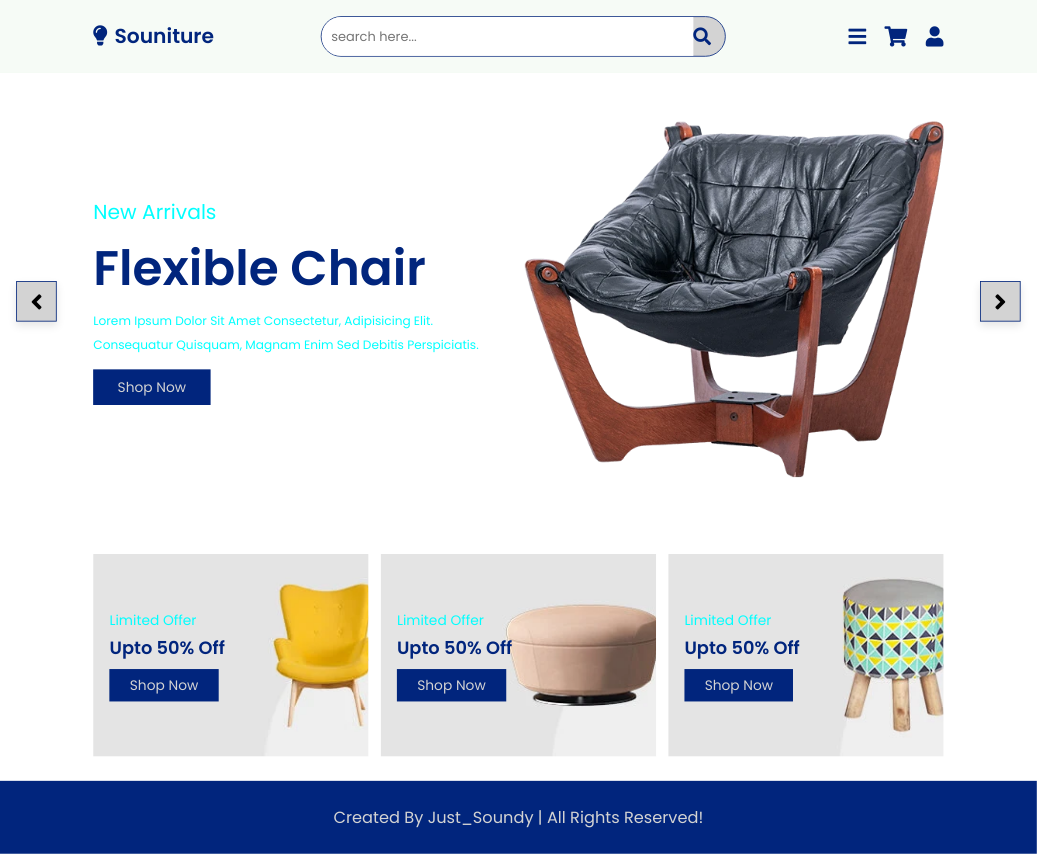
Repository: spencersoundy/furniture-store
Page: home.html
The author's editor kept a copy of each file at every save. The page is drawn from the files as they stood at one save, then again after a run of saves.
The browser window is 1280 px wide. The pictures show the whole page, at 81% of full size.

Above is the page before, as saved 2023-04-18 18:12:18.

### home.html
<!DOCTYPE html>
<html lang="en">
<head>
    <meta charset="UTF-8">
    <meta http-equiv="X-UA-Compatible" content="IE=edge">
    <meta name="viewport" content="width=device-width, initial-scale=1.0">
    <title>home</title>

    <!-- font awesome cdn link  -->
    <link rel="stylesheet" href="https://cdnjs.cloudflare.com/ajax/libs/font-awesome/5.15.4/css/all.min.css">

    <!-- custom css file link  -->
    <link rel="stylesheet" href="css/style.css">

</head>
<body>

<!-- header section starts  -->

<header class="header">

    <a href="home.html" class="logo"> <i class="fas fa-lightbulb"></i> Souniture </a>

    <form action="" class="search-form">
        <input type="search" placeholder="search here..." id="search-box">
        <label for="search-box" class="fas fa-search"></label>
    </form>

    <div class="icons">
        <div id="menu-btn" class="fas fa-bars"></div>
        <div id="search-btn" class="fas fa-search"></div>
        <div id="cart-btn" class="fas fa-shopping-cart"></div>
        <div id="login-btn" class="fas fa-user"></div>
    </div>

</header>

<!-- header section ends  -->

<!-- closer btn  -->

<div id="closer" class="fas fa-times"></div>

<!-- navbar  -->

<nav class="navbar">
    <a href="home.html">home</a>
    <a href="shop.html">shop</a>
    <a href="about.html">about</a>
    <a href="team.html">team</a>
    <a href="blog.html">blog</a>
    <a href="contact.html">contact</a>
</nav>

<!-- shopping cart  -->

<div class="shopping-cart">

    <div class="box">
        <i class="fas fa-times"></i>
        <img src="image/cart-img-1.jpg" alt="">
        <div class="content">
            <h3>morden furniture</h3>
            <span class="quantity"> 1 </span>
            <span class="multiply"> x </span>
            <span class="price"> R2380.00 </span>
        </div>
    </div>

    <div class="box">
        <i class="fas fa-times"></i>
        <img src="image/cart-img-2.jpg" alt="">
        <div class="content">
            <h3>morden furniture</h3>
            <span class="quantity"> 1 </span>
            <span class="multiply"> x </span>
            <span class="price"> R2380.00 </span>
        </div>
    </div>

    <div class="box">
        <i class="fas fa-times"></i>
        <img src="image/cart-img-3.jpg" alt="">
        <div class="content">
            <h3>morden furniture</h3>
            <span class="quantity"> 1 </span>
            <span class="multiply"> x </span>
            <span class="price"> R2380.00 </span>
        </div>
    </div>

    <div class="box">
        <i class="fas fa-times"></i>
        <img src="image/cart-img-4.jpg" alt="">
        <div class="content">
            <h3>morden furniture</h3>
            <span class="quantity"> 1 </span>
            <span class="multiply"> x </span>
            <span class="price"> R2380.00 </span>
        </div>
    </div>

    <h3 class="total"> total : <span>R9520.00</span> </h3>

    <a href="#" class="btn">checkout cart</a>

</div>

<!-- login form  -->

<div class="login-form">

    <form action="">
        <h3>login form</h3>
        <input type="email" placeholder="enter your email" class="box">
        <input type="password" placeholder="enter your password" class="box">
        <div class="remember">
            <input type="checkbox" name="" id="remember-me">
            <label for="remember-me">remember me</label>
        </div>
        <input type="submit" value="login now" class="btn">
        <p>forget password? <a href="#">click here</a></p>
        <p>don't have an account? <a href="#">create now</a></p>
    </form>

</div>

<!-- home section starts  -->

<section class="home">

    <div class="slides-container">

        <div class="slide active">
            <div class="content">
                <span>new arrivals</span>
                <h3>flexible chair</h3>
                <p>Lorem ipsum dolor sit amet consectetur, adipisicing elit. Consequatur quisquam, magnam enim sed debitis perspiciatis.</p>
                <a href="#" class="btn">shop now</a>
            </div>
            <div class="image">
                <img src="image/home-img-1.png" alt="">
            </div>
        </div>

        <div class="slide">
            <div class="content">
                <span>new arrivals</span>
                <h3>flexible chair</h3>
                <p>Lorem ipsum dolor sit amet consectetur, adipisicing elit. Consequatur quisquam, magnam enim sed debitis perspiciatis.</p>
                <a href="#" class="btn">shop now</a>
            </div>
            <div class="image">
                <img src="image/home-img-2.png" alt="">
            </div>
        </div>

    </div>

    <div id="slide-next" onclick="next()" class="fas fa-angle-right"></div>
    <div id="slide-prev" onclick="prev()" class="fas fa-angle-left"></div>

</section>

<!-- home section ends -->

<!-- banner section starts  -->

<section class="banner-container">

    <div class="banner">
        <img src="image/banner-1.jpg" alt="">
        <div class="content">
            <span>limited offer</span>
            <h3>upto 50% off</h3>
            <a href="#" class="btn">shop now</a>
        </div>
    </div>

    <div class="banner">
        <img src="image/banner-2.jpg" alt="">
        <div class="content">
            <span>limited offer</span>
            <h3>upto 50% off</h3>
            <a href="#" class="btn">shop now</a>
        </div>
    </div>

    <div class="banner">
        <img src="image/banner-3.jpg" alt="">
        <div class="content">
            <span>limited offer</span>
            <h3>upto 50% off</h3>
            <a href="#" class="btn">shop now</a>
        </div>
    </div>

</section>

<!-- banner section ends -->









<section class="credit">
    created by Just_Soundy | all rights reserved!
</section>

<!-- custom js file link  -->
<script src="js/script.js"></script>

</body>
</html>

Loaded but not shown: js/script.js (54 lines, source omitted); css/style.css (1189 lines, source omitted)

After the next 3 saves:
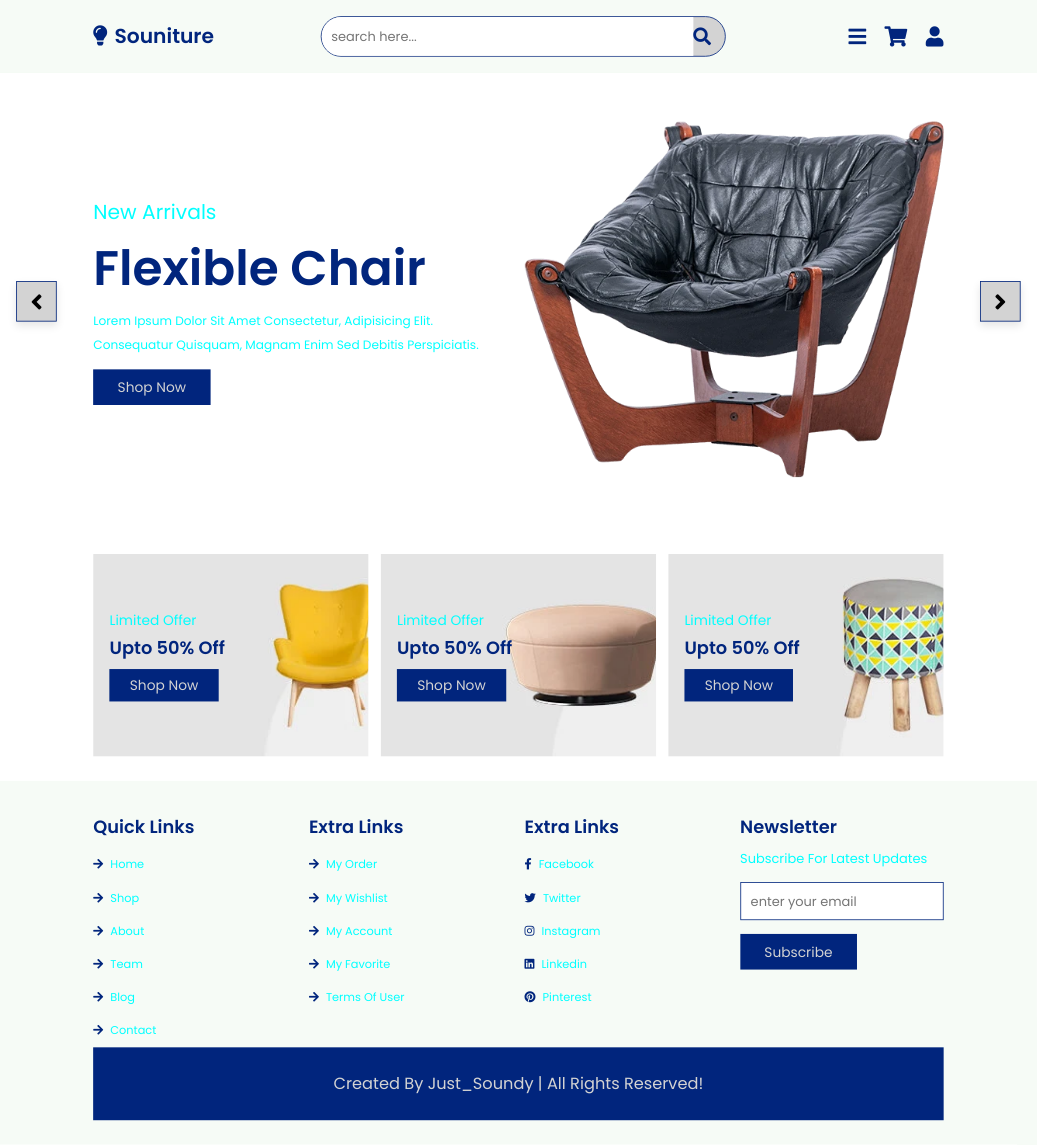
The 3 saves are shown as one change because they came seconds apart.
The last was saved 12 s later.
--- a/home.html
+++ b/home.html
@@ -199,13 +199,50 @@
 
 <!-- banner section ends -->
 
-
-
-
-
-
-
-
+<!-- footer section  -->
+
+<section class="footer">
+
+    <div class="box-container">
+
+        <div class="box">
+            <h3>quick links</h3>
+            <a href="home.html"> <i class="fas fa-arrow-right"></i> home</a>
+            <a href="shop.html"> <i class="fas fa-arrow-right"></i> shop</a>
+            <a href="about.html"> <i class="fas fa-arrow-right"></i> about</a>
+            <a href="team.html"> <i class="fas fa-arrow-right"></i> team</a>
+            <a href="blog.html"> <i class="fas fa-arrow-right"></i> blog</a>
+            <a href="contact.html"> <i class="fas fa-arrow-right"></i> contact</a>
+        </div>
+
+        <div class="box">
+            <h3>extra links</h3>
+            <a href="#"> <i class="fas fa-arrow-right"></i> my order</a>
+            <a href="#"> <i class="fas fa-arrow-right"></i> my wishlist</a>
+            <a href="#"> <i class="fas fa-arrow-right"></i> my account</a>
+            <a href="#"> <i class="fas fa-arrow-right"></i> my favorite</a>
+            <a href="#"> <i class="fas fa-arrow-right"></i> terms of user</a>
+        </div>
+
+        <div class="box">
+            <h3>extra links</h3>
+            <a href="#"> <i class="fab fa-facebook-f"></i> facebook</a>
+            <a href="#"> <i class="fab fa-twitter"></i> twitter</a>
+            <a href="#"> <i class="fab fa-instagram"></i> instagram</a>
+            <a href="#"> <i class="fab fa-linkedin"></i> linkedin</a>
+            <a href="#"> <i class="fab fa-pinterest"></i> pinterest</a>
+        </div>
+
+        <div class="box">
+            <h3>newsletter</h3>
+            <p>subscribe for latest updates</p>
+            <form action="">
+                <input type="email" name="" placeholder="enter your email" id="">
+                <input type="submit" value="subscribe" class="btn">
+            </form>
+        </div>
+
+    </div>
 
 <section class="credit">
     created by Just_Soundy | all rights reserved!
